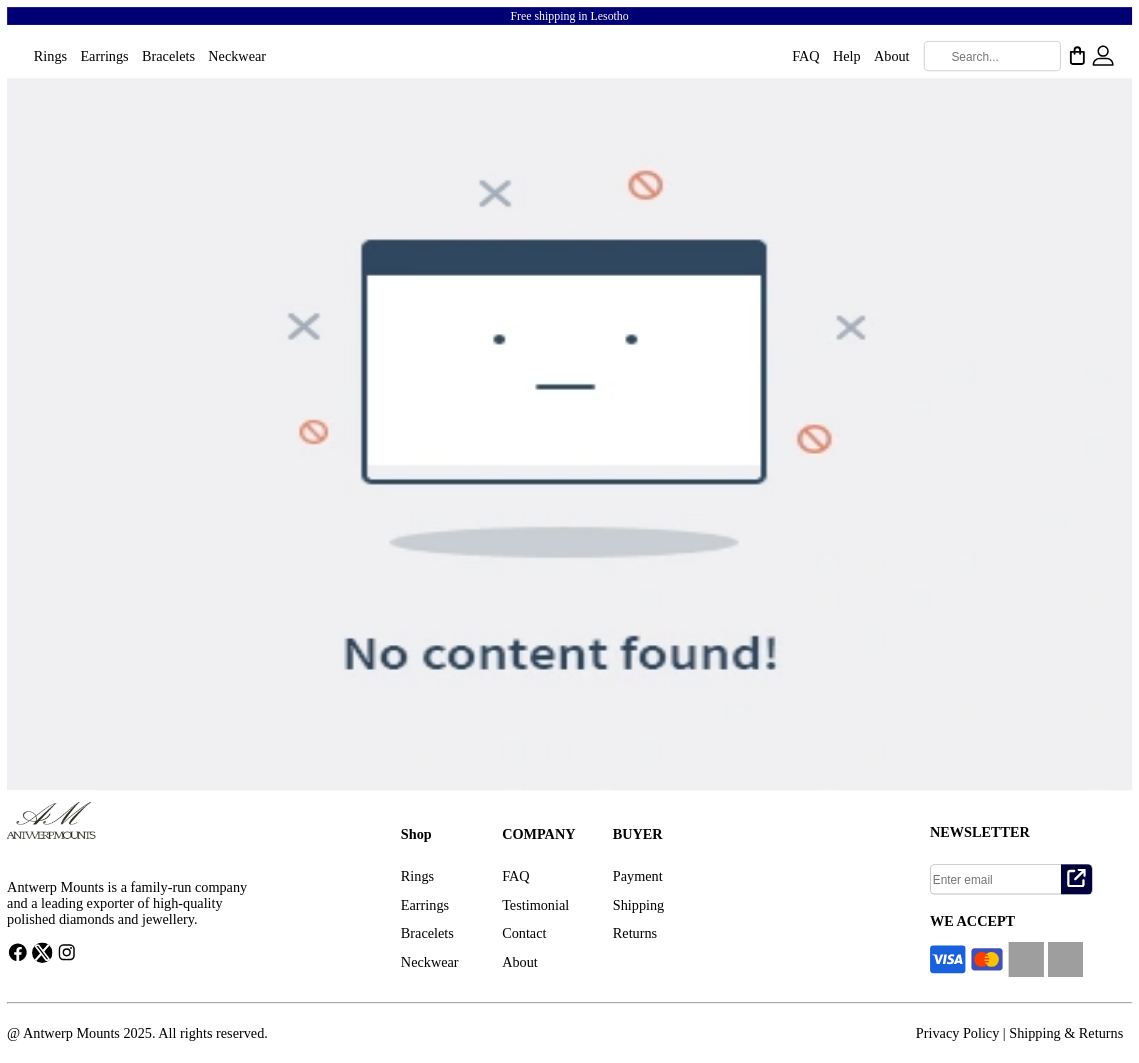
Repository: kea-0424/Web-Development-Project-1
Page: First_collaboration/JewelarySite.html
These files come from the project's save history. The page is drawn as it stood at one moment and after a run of saves; the edit follows.
The browser window is 1280 px wide. The pictures show the whole page, at 89% of full size.
Pictures or frames that could not be fetched are drawn as grey boxes.

Above is the page before, as saved 2025-01-23 10:47:00.

### First_collaboration/JewelarySite.html
<!DOCTYPE html>
<html lang="en">
<head>
    <meta charset="UTF-8">
    <meta name="viewport" content="width=device-width, initial-scale=1.0">
    <title>Document</title>
    <link rel="stylesheet" href="./JewelarySite.css">
</head>
<body>
    <header>
        <div class="notification">
            <span>Free shipping in Lesotho</span>
        </div>
        <nav>
                <ul class="navigations"  id="right_nav">
                    <li class="navbar_links"><a href="#">Rings</a></li>
                    <li class="navbar_links"><a href="#">Earrings</a></li>
                    <li class="navbar_links"><a href="#">Bracelets</a></li>
                    <li class="navbar_links"><a href="#">Neckwear</a></li>
                </ul>

            <div class="logo_container">
<!--<img src="./Main_Logo.png" alt="Logo" class="main_logo" id="Nav_logo">-->
            </div>
                <ul class="navigations" id="left_nav">
                    <li class="navbar_links"><a href="#">FAQ</a></li>
                    <li class="navbar_links"><a href="#">Help</a></li>
                    <li class="navbar_links"><a href="#">About</a></li>
                </ul>
                <form action="#">
                    <i class='bx bx-search-alt-2'></i>
                    <input class='searchbar' type="text" placeholder="Search...">
                </form>
                <div class="nav_icons">
                    <img src="./cart.svg" alt="Logo" class="icon">
                    <img src="./profile.svg" alt="Logo" class="icon">
                </div>
        </nav>
    </header>
    <main>
        <img src="./NoContent.webp" alt="No_Content" class="No_Content">
    </main>
    <footer>
        <div class="about_us">
            <div class="logo_container">
                <img src="./Main_Logo.png" alt="Logo" class="main_logo">
                            </div>
                            <div class="bio">
                                <p>Antwerp Mounts is a family-run company<br>
                                    and a leading exporter of high-quality<br>
                                   polished diamonds and jewellery.</p>
                            </div>
                                <div class="social_media">
                                    <div class="socials" >
                                        <a href="#"><img src="./bxl-facebook-circle (1).svg" alt="Facebook" id="facebook_link"></a>
                                    </div>
                                    <div class="socials">
                                        <a href="#"><img src="./x-twitter-brands-solid.svg" alt="Twitter" id="X_link"></a>
                                    </div>
                                    <div class="socials">
                                        <a href="#"><img src="./bxl-instagram (1).svg" alt="Instagram" id="instagram_link"></a>
                                    </div>
                                    </div>
        </div>
        <div class="navigation">
            <div class="list1">
                <h4>Shop</h4>
                <ul class="footer_lists">
                    <li><a href="#">Rings</a></li>
                    <li><a href="#">Earrings</a></li>
                    <li><a href="#">Bracelets</a></li>
                    <li><a href="#">Neckwear</a></li>
                </ul>
            </div>
            <div class="list2">
               <h4>COMPANY</h4>
               <ul class="footer_lists">
                <li><a href="#">FAQ</a></li>
                <li><a href="#">Testimonial</a></li>
                <li><a href="#">Contact</a></li>
                <li><a href="#">About</a></li>
               </ul>
            </div>
            <div class="list3">
                <h4>BUYER</h4>
                <ul class="footer_lists">
                    <li><a href="#">Payment</a></li>
                    <li><a href="#">Shipping</a></li>
                    <li><a href="#">Returns</a></li>
                </ul>
            </div>
        </div>
        <div class="Subscription">
            <h4>NEWSLETTER</h4>
            <form action="#">
                <input type="text" placeholder="Enter email" class="newsletter_input">
                <button type="submit" class="submit_btn"><img src="./arrow-up-right-from-square-solid.svg" alt="arrow"></button>
            </form>
            <h4>WE ACCEPT</h4>
            <div class="payment_methods">
                <div class="payment_method">
                    <img src="./cc-visa-brands-solid.svg" alt="visa" id="visa">
                </div>
                <div class="payment_method">
                    <img src="mastercard.svg" alt="mastercard" id="mastercard">
                </div>
                <div class="payment_method">
                    <img src="./paypal.svg" alt="paypal" id="paypal">
        </div>
        <div class="payment_method">
            <img src="./skrill.svg" alt="skrill" id="skrill">
        </div>
            </div>
        </div>
        <hr>
        <div class="copyright">
            <p class="left_details">@ Antwerp Mounts 2025. All rights reserved.</p>
            <p class="right_details">Privacy Policy | Shipping & Returns</p>
        </div>
    </footer>
</body>
</html>

### First_collaboration/JewelarySite.css

body {
    box-sizing: border-box;
}
.notification {
    background-color: rgb(0 0 117);
    color: rgb(255 255 255);
    display: flex;
    align-items: center;
    justify-content: center;
    font-size: smaller;
    width: inherit;
    height: 20px;
}
nav {
    display: flex;
    justify-content: space-between;
    /*padding: 10px;*/
}
.main_logo {
    height: 80px;
    width: 100px;
    margin-top: 0;

}
#Nav_logo {
    margin: 0 auto;
}
.navigations,.navbar_links {
    list-style-type: none;
    display: flex;
    justify-content: space-between;
list-style: none;
text-decoration: none;
color: inherit;
margin-right: 15px;
padding: 0;
}
nav {
    position:relative;
    width: 100%;
    height: 60px
}

a {
    text-decoration: none;
color: inherit;
}
a:hover {
    /*font-size: larger;*/
    transition: font-size 0.2s ease-in-out;
    position: relative;
    /*background-color: blue;*/
    color: rgba(0 0 255 / 0.26);
    border-radius: 3px;
}
main,.No_Content {
    width: 100%;
    height: 800px;
}
.searchbar {
    width: 120px;
    height: 30px;
    border-radius: 5px;
    border: 1px solid #ccc;
    margin-top: 18px;
    padding-left: 30px;
    position: absolute;
    right: 80px;

}
.navbar_links {
    margin-top: 10px;
}
.icon {
    width: 25px;
    height: 25px;
    margin-top: 22px;
}
#left_nav{
    position: absolute;
    right: 220px;
}
#right_nav {
    position: absolute;
    left: 30px;
}
.nav_icons {
    margin-right: 20px;
}
.socials {
    /*border: 1px solid red;*/
    display: inline;
    height: 50px;
    width: 50px;
}
.bio {
    /*border: 1px solid red;*/
    display: inline-block;
}
#X_link {
    background-color: black;
    height: 23px;
    width: 23px;
    border-radius: 50%;
    display: inline-block;
}
/*.list1,.list2,.list3*/.navigation{
    /*border: 1px solid red;*/
    display: inline-block;
    position: absolute;
    left: 35%;
    top: 20px;
box-sizing: border-box;
}
footer {
    /*border: 1px solid red;*/
    position: relative;
}
.list1,.list2,.list3 {
    /*border: 1px solid red;*/
    display: inline-block;
    box-sizing: border-box;
    margin-right: 5px;
}
.list3 {
    position: relative;
    bottom: 32px;
}
.footer_lists {
    position: relative;
    right: 40px;
    list-style: none;
    line-height: 2em;
}
.newsletter_input {
    height: 30px;
    overflow: hidden;
    border-radius: 5px;
    border: 1px solid rgba(0 0 0 / 0.25);
    position: relative;
    /*z-index: 1;*/
}
.submit_btn {
    background-color: rgb(2 2 59);
    border: 1px solid transparent;
    height: 34px;
    width: 35px;
    position: relative;
    right: 40px;
    top: 4px;
    border-radius:0px 5px 5px 0px;
}
#visa, #mastercard, #paypal, #skrill {
    height: 40px;
    width: 40px;
}
#visa:hover, #mastercard:hover, #paypal:hover, #skrill:hover {
    height: 50px;
    width: 50px;
}
.payment_method {
    /*border: 1px solid red;*/
    display: inline-block;
    position: relative;
    bottom: 8px;
}
.Subscription {
/*border: 1px solid red;*/
display: inline;
position: absolute;
right:5px;
top:18px;
}
hr {
    margin-top: 40px;
}
.copyright {
   /* border: 1px solid red;*/
    position: relative;
}
.left_details {
    /*border: 1px solid red;*/
    display: inline-block;
}
.right_details {
    /*border: 1px solid red;*/
    display: inline;
    position: absolute;
    right: 10px;
}

After the next 2 saves:
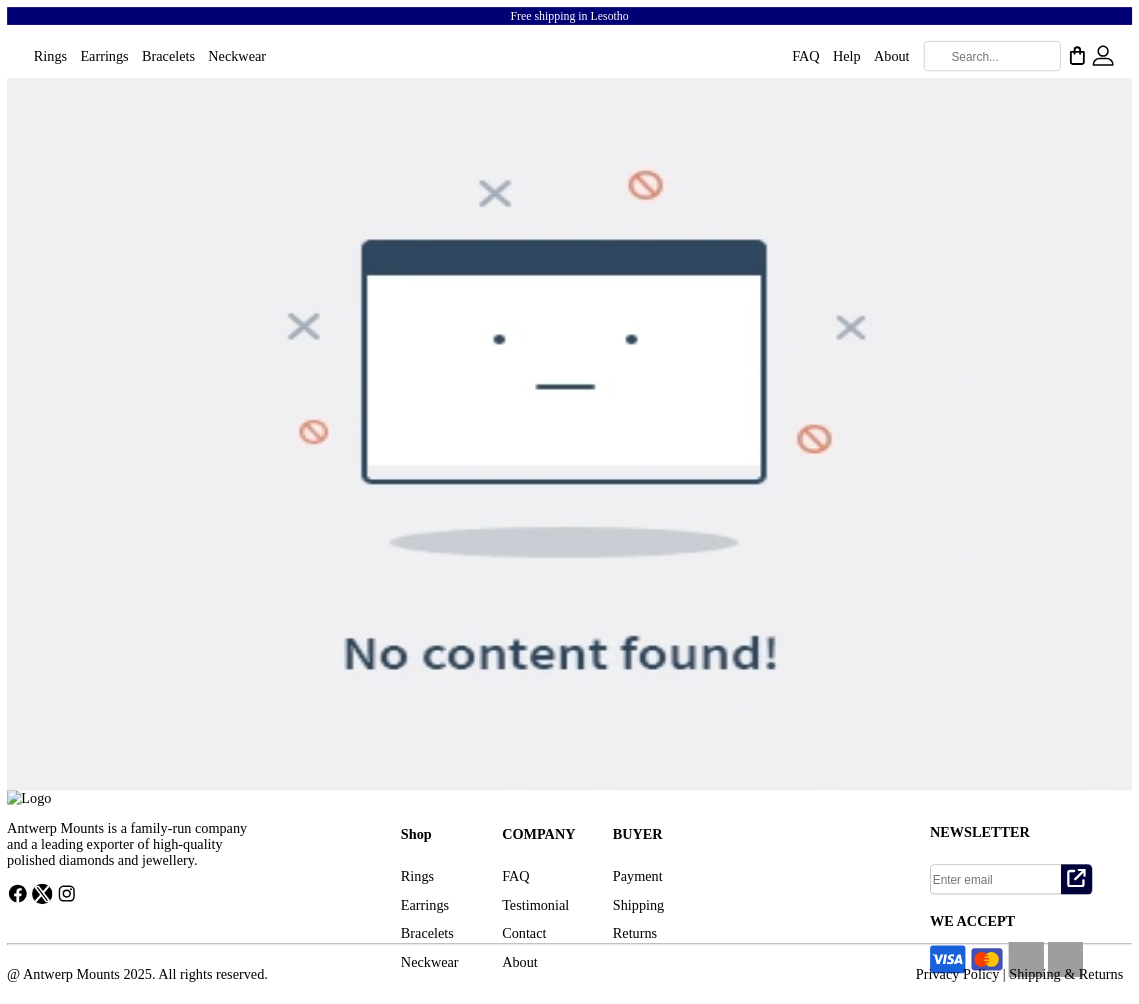
The 2 saves are shown as one change because they came seconds apart.
The last was saved 5 min 34 s later.
--- a/First_collaboration/JewelarySite.html
+++ b/First_collaboration/JewelarySite.html
@@ -43,7 +43,7 @@
     <footer>
         <div class="about_us">
             <div class="logo_container">
-                <img src="./Main_Logo.png" alt="Logo" class="main_logo">
+                <img src="" alt="Logo" class="main_logo">
                             </div>
                             <div class="bio">
                                 <p>Antwerp Mounts is a family-run company<br>

After the save that followed:
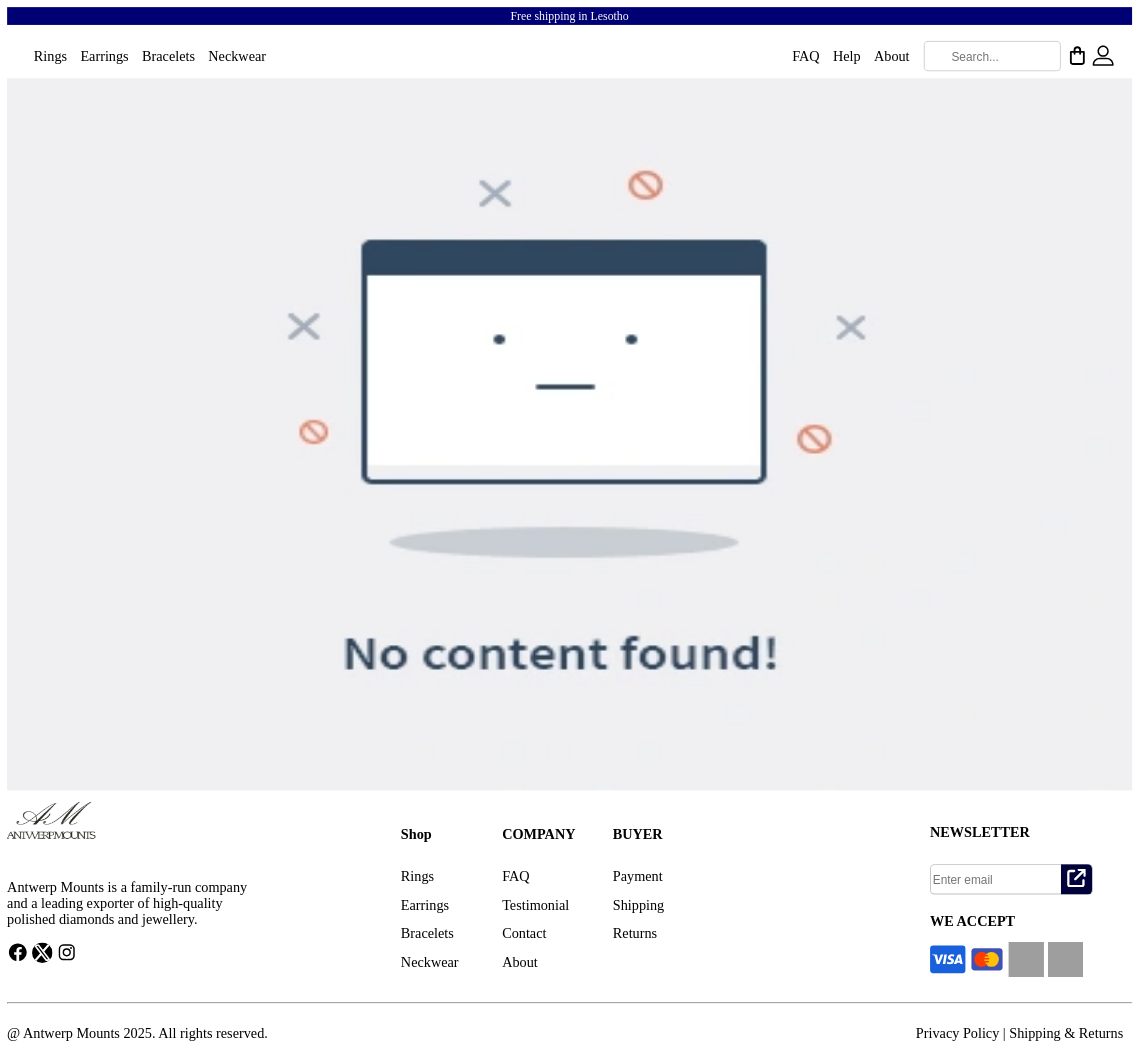
Saved 4 s later.
--- a/First_collaboration/JewelarySite.html
+++ b/First_collaboration/JewelarySite.html
@@ -43,7 +43,7 @@
     <footer>
         <div class="about_us">
             <div class="logo_container">
-                <img src="" alt="Logo" class="main_logo">
+                <img src="Main_Logo-removebg-preview.png" alt="Logo" class="main_logo">
                             </div>
                             <div class="bio">
                                 <p>Antwerp Mounts is a family-run company<br>
